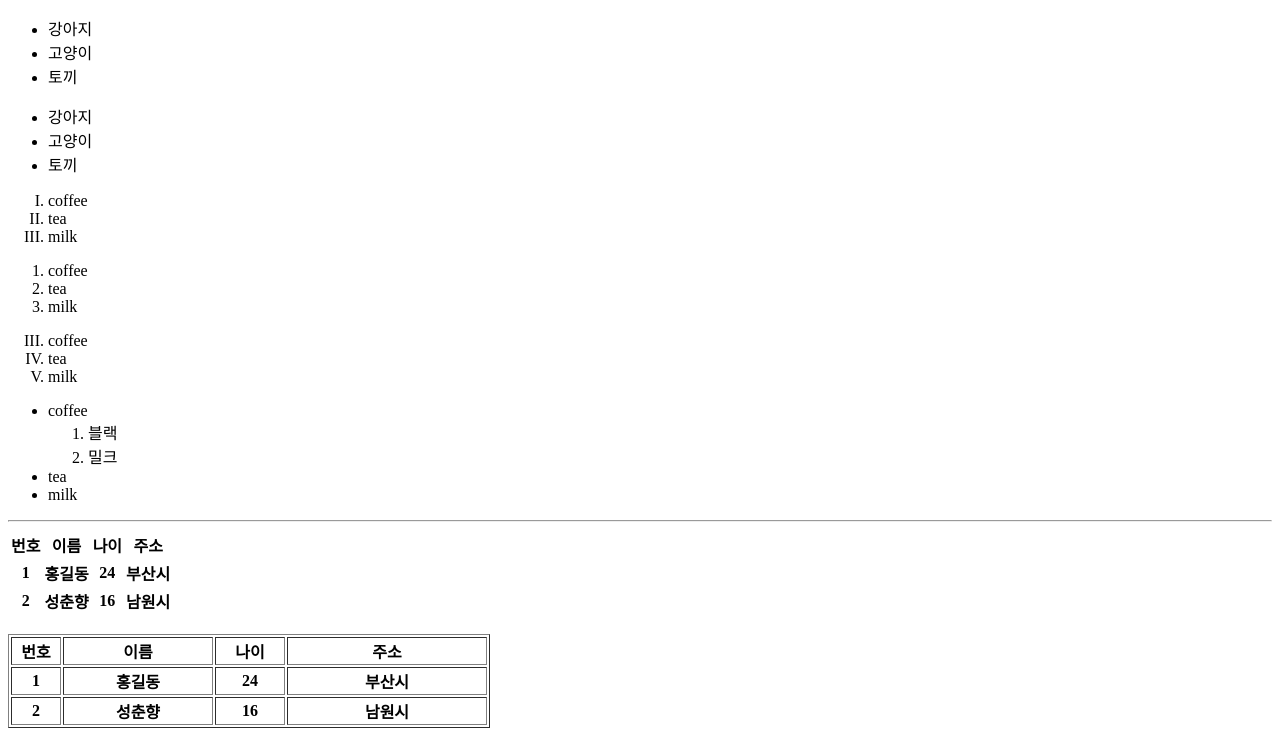
Repository: suhong99/htmlLecture
Page: sample02/src/main/webapp/index.html
The author's editor kept a copy of each file at every save. The page is drawn from the files as they stood at one save, then again after the next save.
The browser window is 1280 px wide. The pictures show the whole page.

Above is the page before, as saved 2023-06-21 07:25:13.

After the next save:
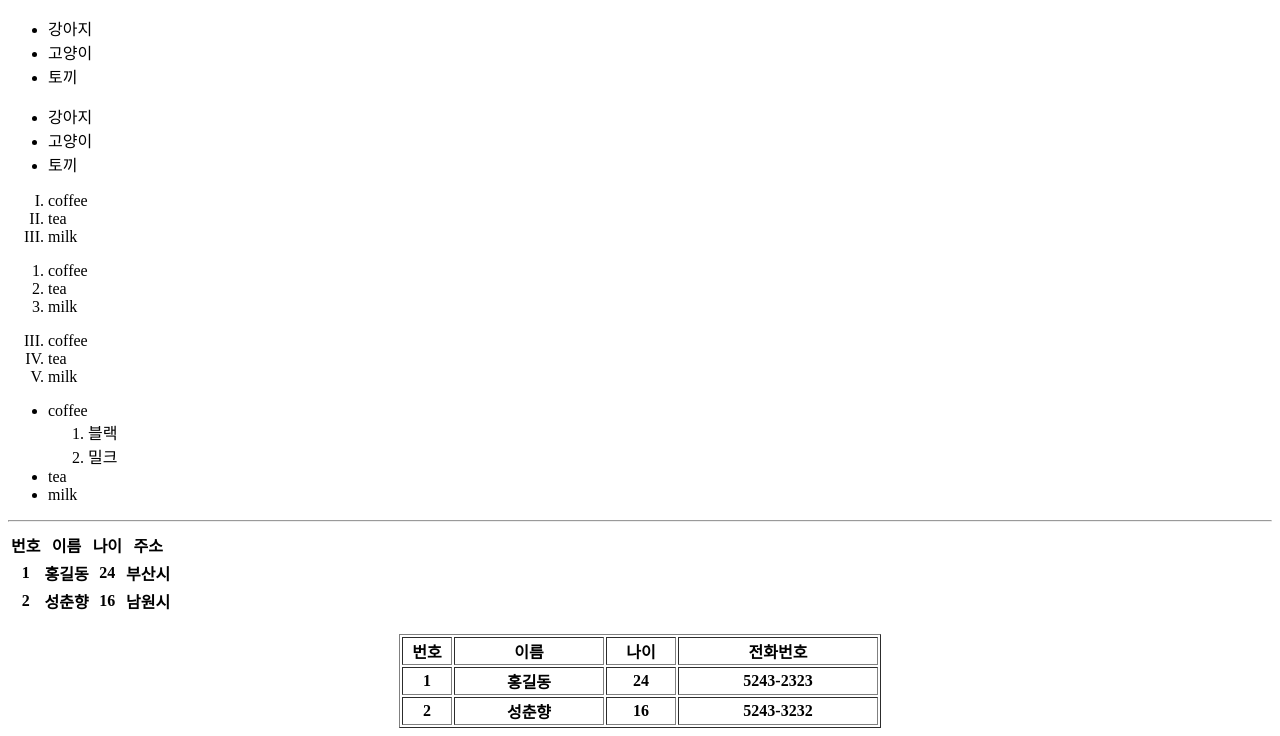
Saved 2 min 42 s later.
--- a/sample02/src/main/webapp/index.html
+++ b/sample02/src/main/webapp/index.html
@@ -94,6 +94,7 @@
  	</tbody>
  </table>
  <br>
+ <div align="center">
  <table border="1">
  <col width="50"> <col width="150">
   <col width="70">
@@ -104,7 +105,7 @@
  		<th>번호</th>
 	 	<th>이름</th>
 	 	<th>나이</th>
- 		<th>주소</th>
+ 		<th>전화번호</th>
  	</tr>
  	</thead>
  	<tbody>
@@ -112,15 +113,16 @@
 	 		<th align="center">1</th>
 		 	<th>홍길동</th>
 		 	<th>24</th>
-	 		<th>부산시</th>
+	 		<th>5243-2323</th>
 	 	</tr>
 	 	<tr>
 	 		<th align="center">2</th>
 		 	<th>성춘향</th>
 		 	<th>16</th>
-	 		<th>남원시</th>
+	 		<th>5243-3232</th>
 	 	</tr>
  	</tbody>
  </table>
+ </div>
 </body>
 </html>
